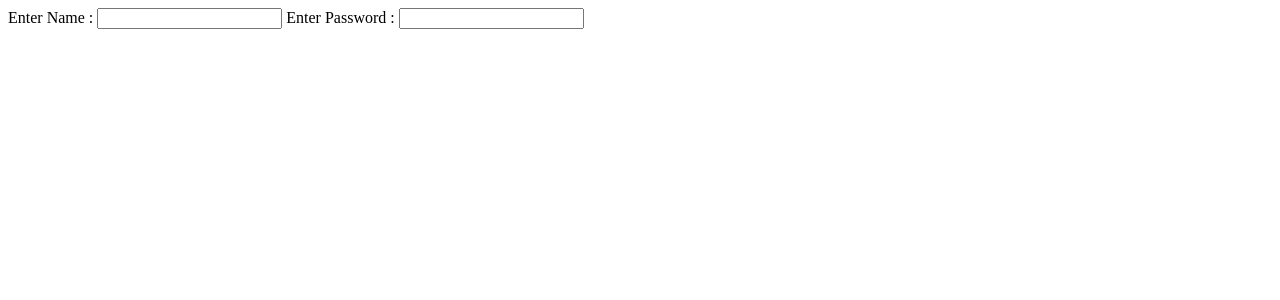
Repository: Vishalrathod8788/JEE
Page: Connectivity/WebContent/default.html
These files come from the project's save history. The page is drawn as it stood at one moment and after the next save; the edit follows.
The browser window is 1280 px wide. The pictures show the whole page.

Above is the page before, as saved 2023-07-20 10:58:37.

After the next save:
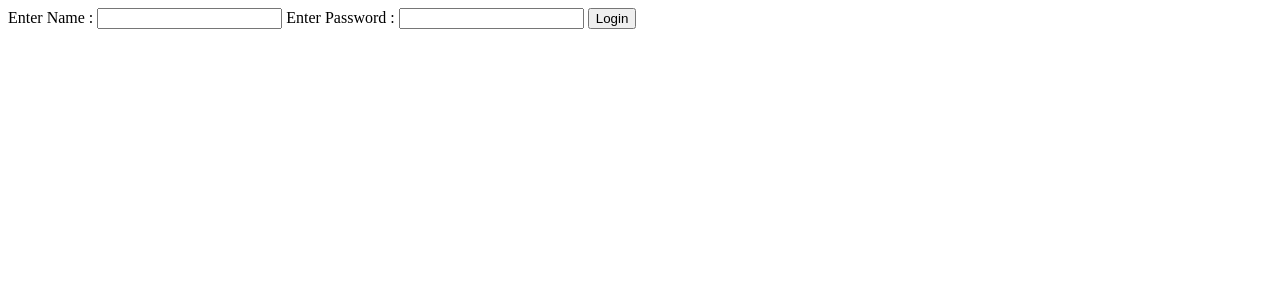
Saved 91 min 43 s later.
--- a/Connectivity/WebContent/default.html
+++ b/Connectivity/WebContent/default.html
@@ -9,8 +9,8 @@
 		Enter Name :
 		<input type="text" name="txtName">
 		Enter Password :
-		<input type="text" name="txtPass">
-
+		<input type="password" name="txtPass">
+		<input type="submit" value="Login">
 	</form>
 </body>
 </html>
